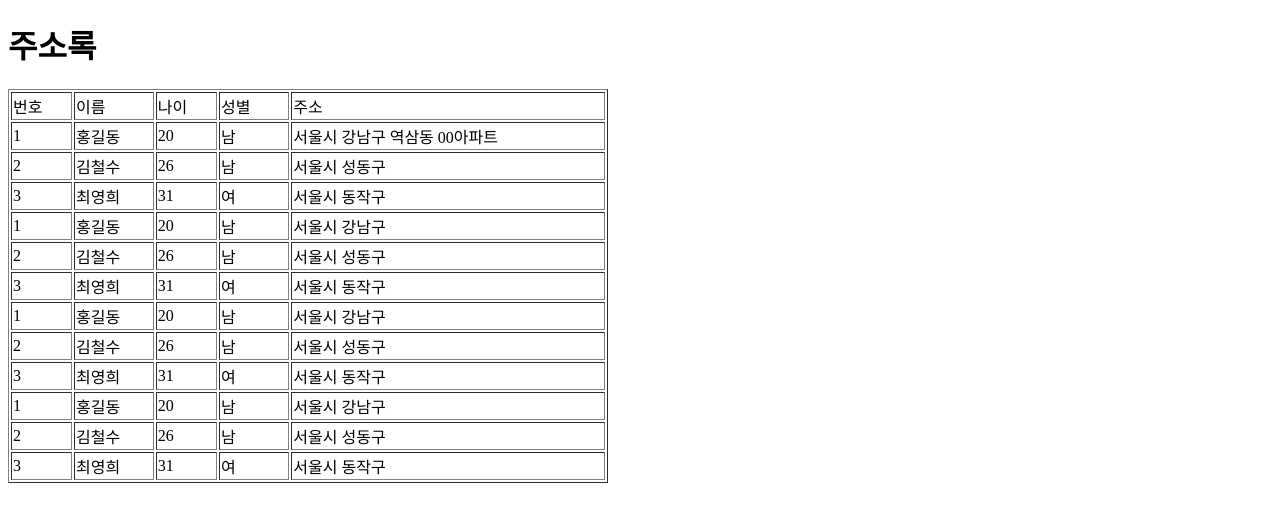
Repository: sujin9335/Front-end
Page: ClientTest/src/main/webapp/html/ex16_table.html
An editor plug-in stored every save of this project. The page is shown before and after the next save, followed by the edit.
The browser window is 1280 px wide. The pictures show the whole page.

Above is the page before, as saved 2023-09-21 01:08:27.

### ClientTest/src/main/webapp/html/ex16_table.html
<!DOCTYPE html>
<html>
<head>
<meta charset="UTF-8">
<title>Insert title here</title>
</head>
<body>

	<!--

		테이블 작업
		1. 기본 작업(table, tr, td)
		2. 데이터 작성
		3. 크기 > 전체 너비 > 열 너비
			** 높이(X) > 데이터 추가/삭제 > 높이 변겅해야 하기 때문에..



	-->



	<h1>주소록</h1>

	<table border="1" width="600">

		<!-- 테이블 헤더 -->
		<tr>
			<td width="60">번호</td>
			<td width="80">이름</td>
			<td width="60">나이</td>
			<td width="70">성별</td>
			<td width="330">주소</td>
		</tr>

		<!-- 테이블 본문(데이터) -->
		<tr>
			<td>1</td>
			<td>홍길동</td>
			<td>20</td>
			<td>남</td>
			<td>서울시 강남구 역삼동 00아파트</td> <!-- 내용이늘면 나머지 td 가로가 줄어듬 -->
		</tr>
		<tr>
			<td>2</td>
			<td>김철수</td>
			<td>26</td>
			<td>남</td>
			<td>서울시 성동구</td>
		</tr>
		<tr>
			<td>3</td>
			<td>최영희</td>
			<td>31</td>
			<td>여</td>
			<td>서울시 동작구</td>
		</tr>
		<tr>
			<td>1</td>
			<td>홍길동</td>
			<td>20</td>
			<td>남</td>
			<td>서울시 강남구</td>
		</tr>
		<tr>
			<td>2</td>
			<td>김철수</td>
			<td>26</td>
			<td>남</td>
			<td>서울시 성동구</td>
		</tr>
		<tr>
			<td>3</td>
			<td>최영희</td>
			<td>31</td>
			<td>여</td>
			<td>서울시 동작구</td>
		</tr>
		<tr>
			<td>1</td>
			<td>홍길동</td>
			<td>20</td>
			<td>남</td>
			<td>서울시 강남구</td>
		</tr>
		<tr>
			<td>2</td>
			<td>김철수</td>
			<td>26</td>
			<td>남</td>
			<td>서울시 성동구</td>
		</tr>
		<tr>
			<td>3</td>
			<td>최영희</td>
			<td>31</td>
			<td>여</td>
			<td>서울시 동작구</td>
		</tr>
		<tr>
			<td>1</td>
			<td>홍길동</td>
			<td>20</td>
			<td>남</td>
			<td>서울시 강남구</td>
		</tr>
		<tr>
			<td>2</td>
			<td>김철수</td>
			<td>26</td>
			<td>남</td>
			<td>서울시 성동구</td>
		</tr>
		<tr>
			<td>3</td>
			<td>최영희</td>
			<td>31</td>
			<td>여</td>
			<td>서울시 동작구</td>
		</tr>


	</table>





</body>
</html>

After the next save:
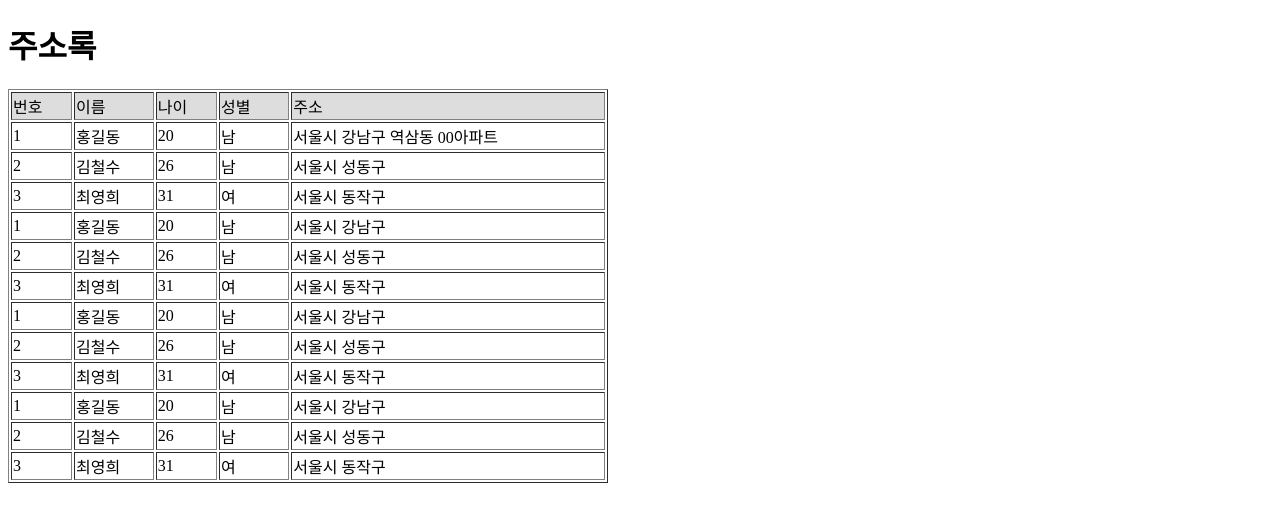
Saved 58 s later.
--- a/ClientTest/src/main/webapp/html/ex16_table.html
+++ b/ClientTest/src/main/webapp/html/ex16_table.html
@@ -25,7 +25,7 @@
 	<table border="1" width="600">
 
 		<!-- 테이블 헤더 -->
-		<tr>
+		<tr bgcolor="#DDDDDD">
 			<td width="60">번호</td>
 			<td width="80">이름</td>
 			<td width="60">나이</td>
